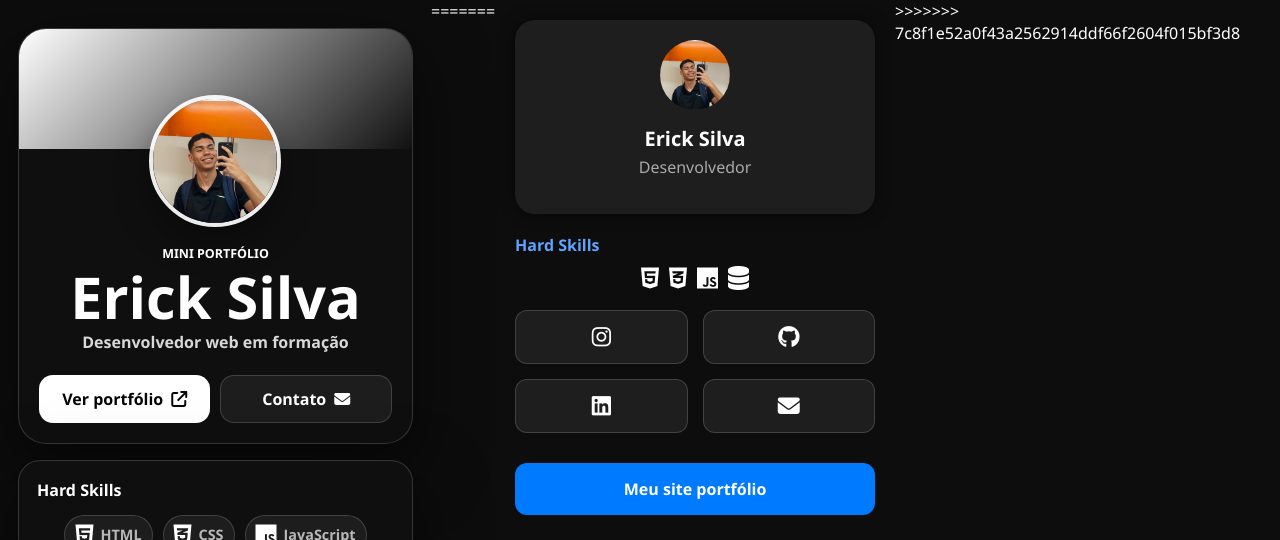
Repository: Erickaocode/Mini-Portfolio
Page: index.html
The author's editor kept a copy of each file at every save. The page is drawn from the files as they stood at one save, then again after the next save.
The browser window is 1280 px wide. The pictures show the part of the page from y = 0 to 540 px (the page is 1261 px tall).
Pictures or frames that could not be fetched are drawn as grey boxes.

Above is the page before, as saved 2026-05-07 03:13:55.

After the next save:
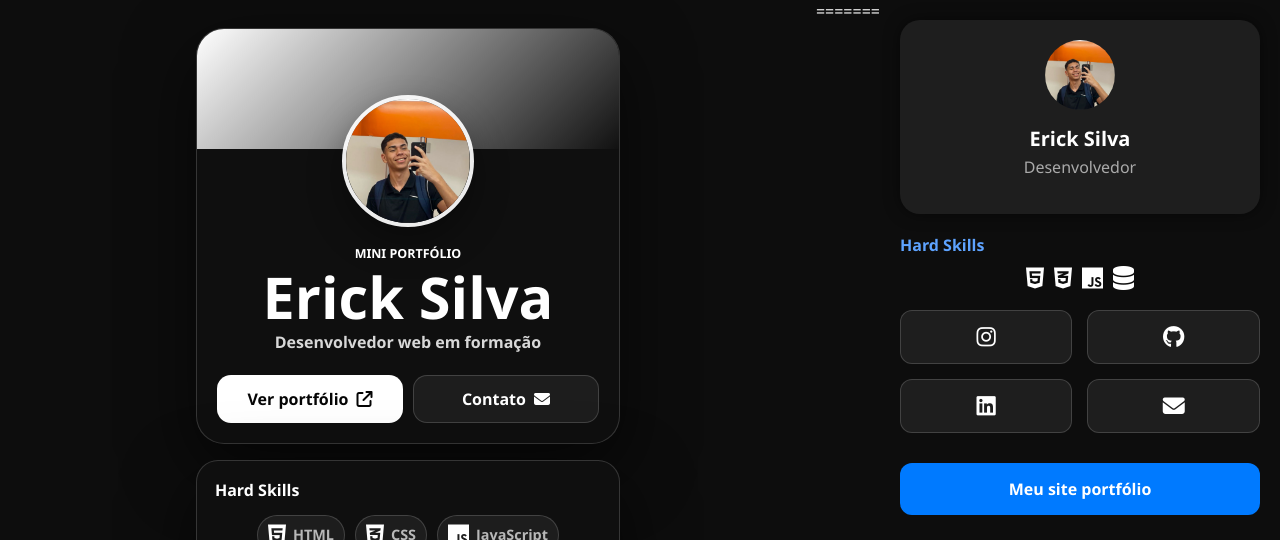
Saved 19 s later.
--- a/index.html
+++ b/index.html
@@ -212,4 +212,3 @@
   </div>
 </body>
 </html>
->>>>>>> 7c8f1e52a0f43a2562914ddf66f2604f015bf3d8
